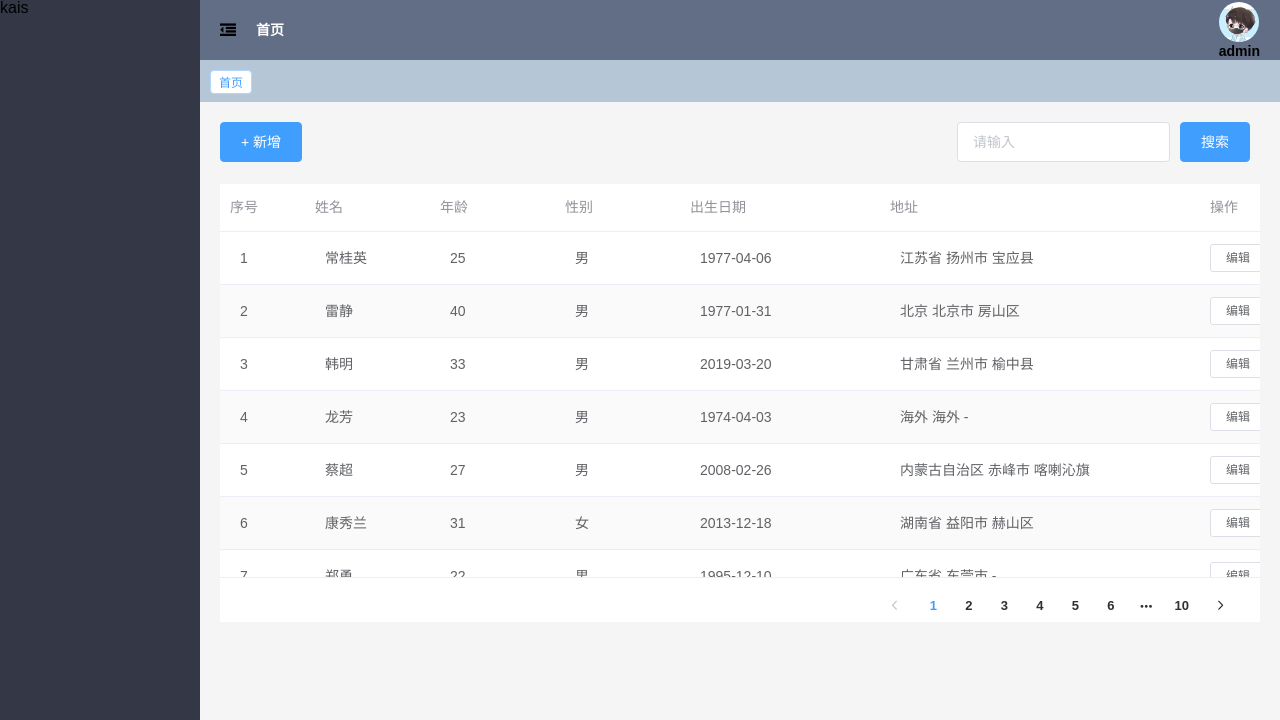
Repository: coWhy/vue-manage
Page: /#/user
An editor plug-in stored every save of this project. The page is shown before and after the next save, followed by the edit.
The browser window is 1280 px wide. The pictures show the whole page.
The project was rebuilt for these pictures with package versions that can differ from the ones it lists, and the page was loaded fresh each time. Also part of the build but not shown: vue.config.js.

Above is the page before, as saved 2020-04-14 04:25:29.

### src/main.js
import Vue from 'vue'
import App from './App.vue'
import router from './router'
import store from './store'
// 全局配置样式
import '@/assets/scss/reset.scss'
import '@/assets/font-awesome-4.7.0/css/font-awesome.css'
// 第三方包
import ElementUI from 'element-ui'
import 'element-ui/lib/theme-chalk/index.css'
// 自定义全局插件
import http from '@/plugins/http' // 自定义全局axios
// 引入Mock 主要是用于前端模拟使用 使用时 记得注释掉
import './mock'

Vue.config.productionTip = false
Vue.use(http)
console.log(
  `当前所处开发环境:【${process.env.NODE_ENV}】| 路由为: 【${process.env.VUE_APP_URL}】`
)
Vue.use(ElementUI)
new Vue({
  router,
  store,
  render: h => h(App)
}).$mount('#app')

### src/App.vue
<template>
  <div id="app">
    <router-view />
  </div>
</template>

<style lang="scss">
#app {
  // color: $theme-color;
  height: 100vh;
}
</style>

### src/router/index.js
import Vue from 'vue'
import VueRouter from 'vue-router'
//当我们重复点击路由导航菜单的时候控制台会报错，错误的缘由是因为 vue-router 版本太新 解决办法
const originalPush = VueRouter.prototype.push
VueRouter.prototype.push = function push(location) {
  return originalPush.call(this, location).catch(err => err)
}
Vue.use(VueRouter)

const routes = [
  {
    path: '/login',
    name: 'login',
    component: () => import('@/views/login/index')
  },
  {
    path: '/',
    component: () => import('@/views/layout/index'),
    children: [
      {
        path: '/',
        name: 'home',
        component: () => import('@/views/home/index')
      },
      {
        path: '/video',
        name: 'video',
        component: () => import('@/views/video/index')
      },
      {
        path: '/user',
        name: 'user',
        component: () => import('@/views/user/index')
      },
      {
        path: '/page1',
        name: 'page1',
        component: () => import('@/views/other/page1')
      },
      {
        path: '/page2',
        name: 'page2',
        component: () => import('@/views/other/page2')
      }
    ]
  }
]

const router = new VueRouter({
  routes
})

export default router

### src/store/index.js
import Vue from 'vue'
import Vuex from 'vuex'
import tag from './modules/tag'
Vue.use(Vuex)

export default new Vuex.Store({
  state: {},
  mutations: {},
  actions: {},
  modules: {
    tag
  }
})

### src/plugins/http.js
// 自定义开发插件
import axios from 'axios'

const MyHttpServer = {}

MyHttpServer.install = Vue => {
  // 基准地址
  // axios.defaults.baseURL = process.env.VUE_APP_URL
  const service = axios.create({
    baseURL: process.env.VUE_APP_URL, //请求基础url
    timeout: 3000 //  请求超时时间
  })
  // 添加请求拦截器 token拦截
  service.interceptors.request.use(
    config => {
      return config
    },
    err => {
      console.log(err)
    }
  )
  // 响应拦截器
  service.interceptors.response.use(
    response => {
      let res = {}
      //  此处对不同状态码 进行不同的操作 比如404 跳转页面等
      res.status = response.status
      res.data = response.data
      return res
    },
    err => {
      console.log(err)
    }
  )
  Vue.prototype.$http = axios
}
export default MyHttpServer

### src/mock/index.js
import Mock from 'mockjs'
import homeApi from './home'
import userApi from './user'
import permissionApi from './permission'

// 设置200-2000毫秒延时请求数据
// Mock.setup({
//   timeout: '200-2000'
// })

// 首页相关
// 拦截的是 /home/getData
Mock.mock(/\/home\/getData/, 'get', homeApi.getStatisticalData)

// 用户相关
Mock.mock(/\/user\/getUser/, 'get', userApi.getUserList)
Mock.mock(/\/user\/del/, 'get', userApi.deleteUser)
Mock.mock(/\/user\/batchremove/, 'get', userApi.batchremove)
Mock.mock(/\/user\/add/, 'post', userApi.createUser)
Mock.mock(/\/user\/edit/, 'post', userApi.updateUser)
Mock.mock(/\/home\/getData/, 'get', homeApi.getStatisticalData)

// 权限相关
Mock.mock(/\/permission\/getMenu/, 'post', permissionApi.getMenu)

### src/assets/scss/_variable.scss
// 全局配置样式 修改主题颜色
$theme-color: #33aef0;

### src/views/layout/index.vue
<template>
  <el-container class="container">
    <!-- 左侧菜单栏 -->
    <el-aside width="auto">
      <common-aside></common-aside>
    </el-aside>
    <el-container>
      <!-- 头部 -->
      <el-header class="header">
        <common-header></common-header>
      </el-header>
      <!-- Tab标签 -->
      <common-tag class="tag"></common-tag>
      <!-- 主体 -->
      <el-main>
        <router-view></router-view>
      </el-main>
    </el-container>
  </el-container>
</template>

<script>
import CommonAside from './components/aside/index'
import CommonHeader from './components/header/index'
import CommonTag from './components/tag/index'
export default {
  components: {
    CommonAside,
    CommonHeader,
    CommonTag
  }
}
</script>

<style lang="scss" scoped>
.container {
  height: 100%;
}
.header {
  background-color: #626e85; // 头部背景色
  width: 100%;
}
.main {
  padding-top: 0;
}
</style>

### src/views/user/index.vue
<template>
  <div class="manage">
    <el-dialog
      :title="operateType === 'add' ? '新增用户' : '更新用户'"
      :visible.sync="isShow"
    >
      <common-form
        :formLabel="operateFormLabel"
        :form="operateForm"
        ref="form"
      ></common-form>
      <div slot="footer" class="dialog-footer">
        <el-button @click="isShow = false">取 消</el-button>
        <el-button type="primary" @click="confirm">确 定</el-button>
      </div>
    </el-dialog>
    <div class="manage-header">
      <el-button type="primary" @click="addUser">+ 新增</el-button>
      <common-form inline :formLabel="formLabel" :form="searchFrom">
        <el-button type="primary" @click="getList(searchFrom.keyword)"
          >搜索</el-button
        >
      </common-form>
    </div>
    <common-table
      :tableData="tableData"
      :tableLabel="tableLabel"
      :config="config"
      @changePage="getList()"
      @edit="editUser"
      @del="delUser"
    ></common-table>
  </div>
</template>

<script>
import CommonForm from '@/components/form'
import CommonTable from '@/components/table'
export default {
  components: {
    CommonForm,
    CommonTable
  },
  data() {
    return {
      operateType: 'add', // 操作类型 默认添加  反之 更新
      isShow: false,
      tableData: [],
      tableLabel: [
        {
          prop: 'name',
          label: '姓名'
        },
        {
          prop: 'age',
          label: '年龄'
        },
        {
          prop: 'sexLabel',
          label: '性别'
        },
        {
          prop: 'birth',
          label: '出生日期',
          width: 200
        },
        {
          prop: 'addr',
          label: '地址',
          width: 320
        }
      ],
      config: {
        // 设置分页
        page: 1,
        total: 30,
        loading: false // 加载条 true 打开 false 关闭
      },
      operateForm: {
        // 表单操作的字段
        name: '',
        addr: '',
        age: '',
        birth: '',
        sex: ''
      },
      // 表单绑定的名称
      operateFormLabel: [
        {
          model: 'name',
          label: '姓名'
        },
        {
          model: 'age',
          label: '年龄'
        },
        {
          model: 'sex',
          label: '性别',
          type: 'select',
          opts: [
            {
              label: '男',
              value: 1
            },
            {
              label: '女',
              value: 0
            }
          ]
        },
        {
          model: 'birth',
          label: '出生日期',
          type: 'date'
        },
        {
          model: 'addr',
          label: '地址'
        }
      ],
      // 查询条件
      searchFrom: {
        keyword: ''
      },
      formLabel: [
        {
          model: 'keyword',
          label: ''
        }
      ]
    }
  },
  methods: {
    async getList(name = '') {
      this.config.loading = true
      // 搜索时，页码需要设置为1，才能正确返回数据，因为数据是从第一页开始返回的
      name ? (this.config.page = 1) : ''
      let res = await this.$http.get('/user/getUser', {
        params: {
          page: this.config.page,
          name
        }
      })
      this.tableData = res.data.list.map(item => {
        item.sexLabel = item.sex === 0 ? '女' : '男'
        return item
      })
      this.config.total = res.data.count
      this.config.loading = false
    },
    addUser() {
      this.operateForm = {}
      this.operateType = 'add'
      this.isShow = true
    },
    editUser(row) {
      this.operateType = 'edit'
      this.isShow = true
      this.operateForm = row
    },
    async confirm() {
      if (this.operateType === 'edit') {
        let res = await this.$http.post('/user/edit', this.operateForm)
        console.log(res.data)
        this.isShow = false
        this.getList()
      } else {
        let res = this.$http.post('/user/add', this.operateForm)
        console.log(res.data)
        this.isShow = false
        this.getList()
      }
    },
    delUser(row) {
      this.$confirm('确定要删除吗?', '温馨提示', {
        confirmButtonText: '确定',
        cancelButtonText: '取消',
        type: 'warning'
      })
        .then(async () => {
          let id = row.id
          let res = await this.$http.get('/user/del', {
            params: {
              id
            }
          })
          console.log(res.data)
          this.$message.success('删除成功')
          this.getList()
        })
        .catch(() => {
          this.$message.info('已取消删除')
        })
    }
  },
  created() {
    this.getList()
  }
}
</script>

<style lang="scss" scoped>
.manage {
  height: 90%;
  padding-bottom: 20px;
  overflow: hidden;
  &-header {
    display: flex;
    justify-content: space-between;
    align-items: flex-start;
  }
}
</style>

### src/store/modules/tag.js
export default {
  state: {
    isCollapse: false, // 左侧菜单栏是否折叠
    curMenu: null, // 点击选中的菜单
    menuList: [], // 全部菜单
    tagList: [
      // 首页是不可关闭的
      {
        path: '/',
        name: 'home',
        title: '首页',
        icon: 'el-icon-s-home'
      }
    ] // 存放tags 点击后 就存到里面去
  },
  mutations: {
    // 点击 菜单之后 对应的tab 标签也要 进入 tabList 进行存放
    // 首页 不加入tabList
    getMenu(state, selectedMenu) {
      if (selectedMenu.name !== 'home') {
        state.curMenu = selectedMenu
        let result = state.tagList.findIndex(
          item => item.name === selectedMenu.name
        )
        if (result === -1) {
          // 没找到这个tag 就放进tagList
          state.tagList.push(selectedMenu)
        }
      } else {
        state.curMenu = null
      }
    },
    // 关闭选中的tag
    closeTag(state, selectedTag) {
      // if (selectedTag.name !== 'home') {
      // }
      // 找到tag的索引 进行删除
      let result = state.tagList.findIndex(
        item => item.name === selectedTag.name
      )
      state.tagList.splice(result, 1)
    },
    // 折叠左侧菜单栏
    collapseAsideMenu(state) {
      state.isCollapse = !state.isCollapse
    }
  },
  actions: {},
  modules: {}
}

### src/mock/permission.js
import Mock from 'mockjs'
export default {
  getMenu: config => {
    const { username, password } = JSON.parse(config.body)
    console.log(JSON.parse(config.body))
    // 先判断用户是否存在
    if (username === 'admin' || username === 'wp') {
      // 判断账号和密码是否对应
      if (username === 'admin' && password === '111222') {
        return {
          code: 20000,
          data: {
            menu: [
              {
                path: '/',
                name: 'home',
                title: '首页',
                icon: 'el-icon-s-home',
                url: 'home/index'
              },
              {
                path: '/video',
                name: 'video',
                title: '视频管理',
                icon: 'el-icon-video-play',
                url: 'video/index'
              },
              {
                path: '/user',
                name: 'user',
                title: '用户管理',
                icon: 'el-icon-user',
                url: 'user/index'
              },
              {
                title: '其他',
                icon: 'el-icon-s-promotion',
                children: [
                  {
                    path: '/page1',
                    name: 'page1',
                    title: '页面1',
                    icon: 'el-icon-setting',
                    url: 'other/page1'
                  },
                  {
                    path: '/page2',
                    name: 'page2',
                    title: '页面2',
                    icon: 'el-icon-setting',
                    url: 'other/page2'
                  }
                ]
              }
            ],
            token: Mock.Random.guid(),
            message: '获取成功'
          }
        }
      } else if (username === 'wp' && password === '123456') {
        return {
          code: 20000,
          data: {
            menu: [
              {
                path: '/',
                name: 'home',
                label: '首页',
                icon: 's-home',
                url: 'Home/Home'
              },
              {
                path: '/video',
                name: 'video',
                label: '视频管理页',
                icon: 'video-play',
                url: 'VideoManage/VideoManage'
              }
            ],
            token: Mock.Random.guid(),
            message: '获取成功'
          }
        }
      } else {
        return {
          code: -999,
          data: {
            message: '密码错误'
          }
        }
      }
    } else {
      return {
        code: -999,
        data: {
          message: '用户不存在'
        }
      }
    }
  }
}

### src/views/layout/components/aside/index.vue
<template>
  <el-menu
    default-active="2"
    class="el-menu-vertical-demo"
    :background-color="asideSetting.bgColor"
    :text-color="asideSetting.texteColor"
    :active-text-color="asideSetting.activeTextColor"
    :collapse="isCollapse"
  >
    <!-- 这是没有子级菜单的
    handleClickMenu(item) 将选中的菜单元素存入store中的menu 用于tab使用
    由于 分两种情况 所以 下面两种 都需要加上handleClickMenu 事件
    v-for="item in noChildrenList" 遍历元素列表
    :index="item.path"  路由相关
    :key="item.title" 索引 避免重复
    -->
    <!-- noChildrenList -->
    <h2>kais</h2>
    <el-menu-item
      :index="item.path"
      v-for="item in noChildrenList"
      :key="item.title"
      @click="handleClickMenu(item)"
    >
      <i :class="item.icon"></i>
      <span slot="title">{{ item.title }}</span>
    </el-menu-item>
    <!-- hasChildrenList -->
    <el-submenu
      :index="item.title"
      v-for="item in hasChildrenList"
      :key="item.title"
    >
      <template slot="title">
        <i :class="item.icon"></i>
        <span slot="title">{{ item.title }}</span>
      </template>
      <el-menu-item-group>
        <el-menu-item
          :index="subItem.path"
          v-for="subItem in item.children"
          :key="subItem.title"
          @click="handleClickMenu(subItem)"
        >
          <i :class="subItem.icon"></i>
          <span slot="title">{{ subItem.title }}</span>
        </el-menu-item>
      </el-menu-item-group>
    </el-submenu>
  </el-menu>
</template>

<script>
export default {
  computed: {
    noChildrenList() {
      // asideMenuList 没有 子级菜单 非动态获取
      // return this.asideMenuList.filter(item => !item.children)
      return this.menuList.filter(item => !item.children)
    },
    hasChildrenList() {
      // asideMenuList 有 子级菜单  非动态获取
      // return this.asideMenuList.filter(item => item.children)
      return this.menuList.filter(item => item.children)
    },
    // 取出vuex中的是否折叠isCollapse
    isCollapse() {
      return this.$store.state.tag.isCollapse
    },
    menuList() {
      // 动态 获取所有菜单
      return this.$store.state.tag.menuList
    }
  },
  data() {
    return {
      asideSetting: {
        bgColor: '#343746', // 侧边栏背景颜色
        activeTextColor: '#4ffffb', // 选中字体的颜色
        texteColor: '#fff' // 默认字体颜色
      }
      //侧边栏菜单列表 非动态获取
      // asideMenuList: [
      //   {
      //     path: '/',
      //     name: 'home',
      //     title: '首页',
      //     icon: 'el-icon-s-home'
      //   },
      //   {
      //     path: '/video',
      //     name: 'video',
      //     title: '视频管理',
      //     icon: 'el-icon-video-play'
      //   },
      //   {
      //     path: '/user',
      //     name: 'user',
      //     title: '用户管理',
      //     icon: 'el-icon-user'
      //   },
      //   {
      //     title: '其他',
      //     icon: 'el-icon-s-promotion',
      //     children: [
      //       {
      //         path: '/page1',
      //         name: 'page1',
      //         title: '页面1',
      //         icon: 'el-icon-setting'
      //       },
      //       {
      //         path: '/page2',
      //         name: 'page2',
      //         title: '页面2',
      //         icon: 'el-icon-setting'
      //       }
      //     ]
      //   }
      // ]
    }
  },
  methods: {
    // 选中菜单 传入store
    handleClickMenu(item) {
      // 跳转到指定的页面
      this.$router.push({ name: item.name })
      this.$store.commit('getMenu', item)
    }
  }
}
</script>

<style lang="scss" scoped>
.el-menu {
  // 菜单占满容器
  height: 100%;
  border: none;
}
// 折叠样式
.el-menu-vertical-demo:not(.el-menu--collapse) {
  width: 200px;
  min-height: 400px;
}
</style>

### src/views/layout/components/header/index.vue
<template>
  <header class="header">
    <div class="l-content">
      <!-- 折叠标签 可以折叠左侧菜单栏 折叠：fa fa-outdent 展开： fa fa-indent -->
      <i
        :class="
          $store.state.tag.isCollapse === true
            ? 'fa fa-indent'
            : 'fa fa-outdent '
        "
        aria-hidden="true"
        @click="collapseAsideMenu()"
      ></i>
      <!-- 面包屑导航 -->
      <el-breadcrumb separator="/">
        <!-- 默认保留一个 首页 -->
        <el-breadcrumb-item :to="{ path: '/' }">首页</el-breadcrumb-item>
        <!-- curMenu 不为null的时候才渲染出来 -->
        <el-breadcrumb-item :to="curMenu.path" v-if="curMenu">
          {{ curMenu.title }}
        </el-breadcrumb-item>
      </el-breadcrumb>
    </div>
    <!-- 用户部分 头像 下拉菜单 等 -->
    <div class="r-content">
      <el-dropdown trigger="click" size="mini">
        <span class="el-dropdown-link">
          <!-- 用户头像 和 用户名 动态获取 -->
          <img :src="userInfo.avatar" class="avatar" />
          <span class="name">{{ userInfo.username }}</span>
        </span>
        <el-dropdown-menu slot="dropdown">
          <el-dropdown-item>个人中心</el-dropdown-item>
          <el-dropdown-item>退出登录</el-dropdown-item>
        </el-dropdown-menu>
      </el-dropdown>
    </div>
  </header>
</template>

<script>
import { mapState } from 'vuex'
export default {
  computed: {
    ...mapState({
      curMenu: state => state.tag.curMenu // 选中的菜单对象
    })
  },
  data() {
    return {
      // 用户信息
      userInfo: {
        username: 'admin', // 用户名
        avatar: require('@/assets/images/user.jpg') // 用户头像
      }
    }
  },
  methods: {
    // 折叠左侧菜单栏
    collapseAsideMenu() {
      this.$store.commit('collapseAsideMenu')
    }
  }
}
</script>

<style lang="scss" scoped>
.header {
  display: flex;
  height: 100%;
  align-items: center;
  justify-content: space-between;
}
.l-content {
  // width: 380;
  display: flex;
  align-items: center;
  i {
    margin-right: 20px;
  }
  justify-content: space-between;
}
.r-content {
  .avatar {
    width: 40px;
    height: 40px;
    border-radius: 50%;
  }
  .name {
    display: flex;
    height: 100%;
    color: black;
    font-weight: bolder;
    align-items: center;
  }
}
</style>
<style lang="scss">
.el-breadcrumb__item {
  .el-breadcrumb__inner {
    color: #b9d0fb;
    font-weight: normal;
  }
  &:last-child {
    .el-breadcrumb__inner {
      color: #ffffff;
      font-weight: bolder;
    }
  }
}
</style>

### src/views/layout/components/tag/index.vue
<template>
  <div class="tags">
    <!--  tabs标签
  不是首页才可以关闭
  选中tag颜色变化 :effect="$route.name === tag.name ? 'dark' : 'plain'"
  -->
    <el-tag
      size="small"
      :key="tag.name"
      v-for="tag in tagList"
      :closable="tag.name !== 'home'"
      :disable-transitions="false"
      @close="handleClose(tag)"
      @click="changeMenu(tag)"
      :effect="$route.name === tag.name ? 'dark' : 'plain'"
    >
      {{ tag.title }}
    </el-tag>
  </div>
</template>

<script>
import { mapState, mapMutations } from 'vuex'
export default {
  computed: {
    ...mapState({
      tagList: state => state.tag.tagList
    })
  },
  data() {
    return {}
  },
  methods: {
    ...mapMutations({
      closeTag: 'closeTag'
    }),
    // 关闭tag
    handleClose(tag) {
      this.closeTag(tag)
    },
    changeMenu(tag) {
      this.$store.commit('getMenu', tag)
      this.$router.push({ name: tag.name })
    }
  }
}
</script>

<style lang="scss" scoped>
.tags {
  background-color: #b5c6d6;
  position: relative;
  height: 42px;
  border: none;
  overflow: hidden;
  padding: 10px;
  .el-tag {
    padding-top: 1px;
    padding-bottom: 1px;
    margin-right: 15px;
    cursor: pointer;
  }
}
</style>

### src/components/form/index.vue
<template>
  <el-form :inline="inline" :model="form" ref="form" label-width="100px">
    <el-form-item
      v-for="item in formLabel"
      :key="item.model"
      :label="item.label"
    >
      <el-input
        v-model="form[item.model]"
        :placeholder="'请输入' + item.label"
        v-if="!item.type"
      ></el-input>
      <el-select
        v-model="form[item.model]"
        placeholder="请选择"
        v-if="item.type === 'select'"
      >
        <el-option
          v-for="item in item.opts"
          :key="item.value"
          :label="item.label"
          :value="item.value"
        ></el-option>
      </el-select>
      <el-switch
        v-model="form[item.model]"
        v-if="item.type === 'switch'"
      ></el-switch>
      <el-date-picker
        v-model="form[item.model]"
        type="date"
        placeholder="选择日期"
        v-if="item.type === 'date'"
        value-format="yyyy-MM-dd"
      >
      </el-date-picker>
    </el-form-item>
    <!-- 插槽 -->
    <el-form-item><slot></slot></el-form-item>
  </el-form>
</template>

<script>
export default {
  props: {
    inline: Boolean,
    form: Object,
    formLabel: Array
  }
}
</script>

<style lang="scss" scoped></style>

### src/components/table/index.vue
<template>
  <div class="common-table">
    <el-table :data="tableData" height="90%" stripe v-loading="config.loading">
      <el-table-column label="序号" width="85">
        <template slot-scope="scope">
          <span style="margin-left: 10px">{{
            (config.page - 1) * 20 + scope.$index + 1
          }}</span>
        </template>
      </el-table-column>
      <el-table-column
        show-overflow-tooltip
        v-for="item in tableLabel"
        :key="item.prop"
        :label="item.label"
        :width="item.width ? item.width : 125"
      >
        <template slot-scope="scope">
          <span style="margin-left: 10px">{{ scope.row[item.prop] }}</span>
        </template>
      </el-table-column>
      <el-table-column label="操作" min-width="180">
        <template slot-scope="scope">
          <el-button size="mini" @click="handleEdit(scope.row)">编辑</el-button>
          <el-button size="mini" type="danger" @click="handleDelete(scope.row)"
            >删除</el-button
          >
        </template>
      </el-table-column>
    </el-table>
    <el-pagination
      class="pager"
      layout="prev, pager, next"
      :total="config.total"
      :current-page.sync="config.page"
      @current-change="changePage"
      :page-size="20"
    >
    </el-pagination>
  </div>
</template>

<script>
export default {
  props: {
    tableData: Array,
    tableLabel: Array,
    config: Object
  },
  methods: {
    handleEdit(row) {
      this.$emit('edit', row)
    },
    handleDelete(row) {
      this.$emit('del', row)
    },
    changePage(page) {
      this.$emit('changePage', page)
    }
  }
}
</script>

<style lang="scss" scoped>
.common-table {
  height: calc(100% - 62px);
  background-color: #fff;
  position: relative;
  .pager {
    position: absolute;
    bottom: 0;
    right: 20px;
  }
}
</style>

Loaded but not shown: public/index.html (common file); src/assets/scss/reset.scss (common file); src/assets/font-awesome-4.7.0/css/font-awesome.css (library); src/mock/home.js (141 lines, source omitted); src/mock/user.js (147 lines, source omitted)

After the next save:
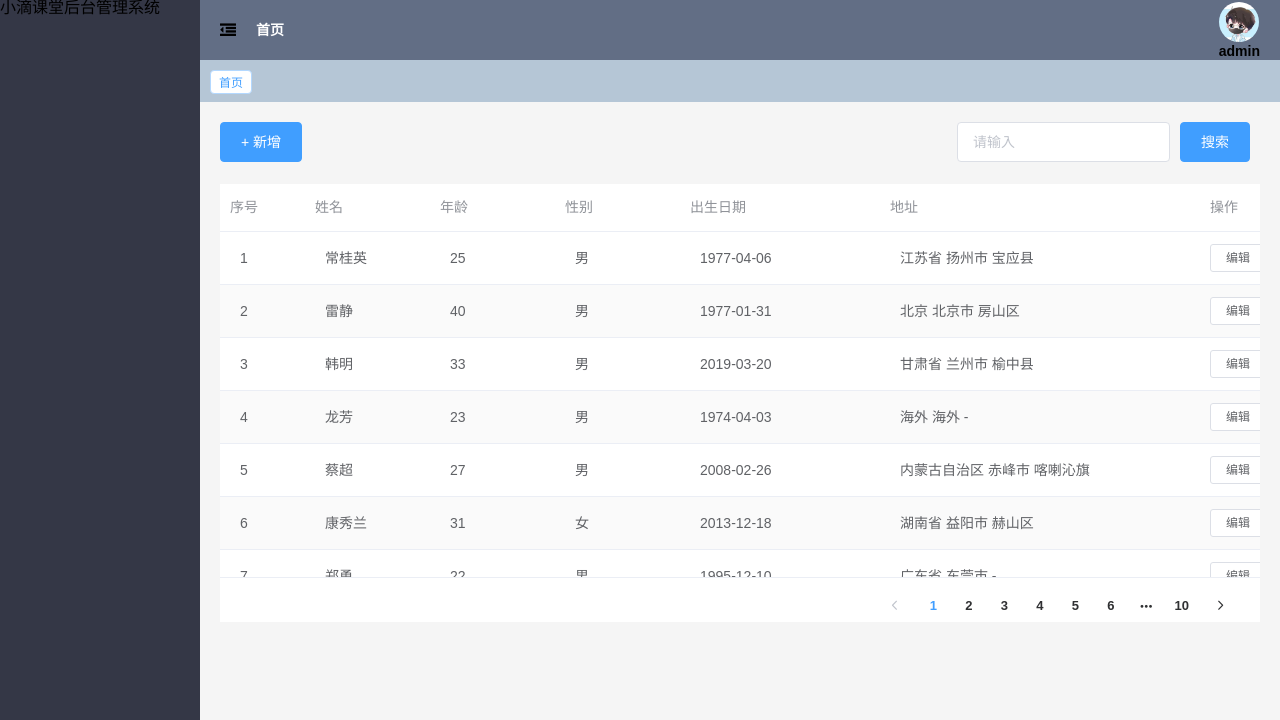
Saved 71 s later.
--- a/src/views/layout/components/aside/index.vue
+++ b/src/views/layout/components/aside/index.vue
@@ -15,7 +15,8 @@
     :key="item.title" 索引 避免重复
     -->
     <!-- noChildrenList -->
-    <h2>kais</h2>
+    <h3 v-show="isCollapse">小滴</h3>
+    <h3 v-show="!isCollapse">小滴课堂后台管理系统</h3>
     <el-menu-item
       :index="item.path"
       v-for="item in noChildrenList"
